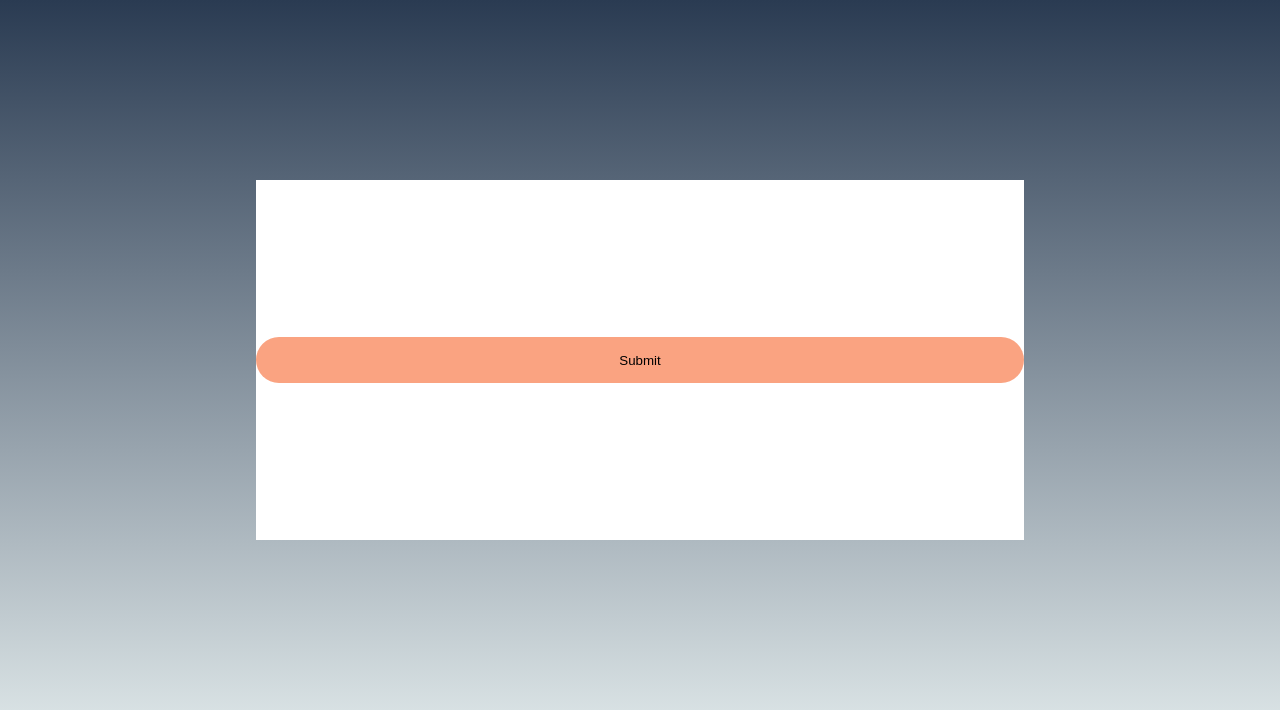
Repository: fatimash2123/todoApp
Page: /
These files come from the project's save history. The page is drawn as it stood at one moment and after the next save; the edit follows.
The browser window is 1280 px wide. The pictures show the whole page.
The project was rebuilt for these pictures with package versions that can differ from the ones it lists, and the page was loaded fresh each time.

Above is the page before, as saved 2024-02-12 16:43:51.

### src/App.tsx
import Register from "./pages/Register/Register";

function App() {
  return (
    <Register/>
  );
}

export default App;

### src/pages/Register/Register.tsx
import FormicContainer from "../../components/FormicContainer/FormicContainer"
import styles from "./Register.module.css"
function Register(){
    return(
        <div className={styles.registerContainer}>
        <FormicContainer></FormicContainer>
        </div>
    )

}

export default Register

### src/components/FormicContainer/FormicContainer.tsx
import { Formik, Form } from "formik";
import * as Yup from "yup";
import Button from "../Button/Button";
import styles from "./FormicContainer.module.css"
interface FormikState {
  name: string;
  email: string;
  password: string;
  confirmPassword: string;
}

function FormicContainer() {
  const initialValues: FormikState = {
    name: "",
    email: "",
    password: "",
    confirmPassword: "",
  };
  const validationSchema = Yup.object({});
  const onSubmit = (values: FormikState) => {
    console.log("Form data", values);
  };
  return (
    <Formik className={styles.formikContainer}
      initialValues={initialValues}
      validationSchema={validationSchema}
      onSubmit={onSubmit}
    >
      {(formik) => (
        <Form className={styles.formMain}>
          <Button type="submit" label="Submit"/>
        </Form>
      )}
    </Formik>
  );
}

export default FormicContainer;

### src/pages/Register/Register.module.css
.registerContainer {
  width: 100%;
  display: flex;
  justify-content: center;
  align-items: center;
  height: 100vh;
  background-image: linear-gradient(#2a3b52, #dae3e5);
}

### src/components/Button/Button.tsx
import styles from "./Button.module.css"
interface ButtonProps{
    readonly label:string,
    readonly type:"submit"
}
function Button({label,type}:ButtonProps){
    return(
        <button className={styles.button} type={type}>{label}</button>
    )
}
export default Button

### src/components/FormicContainer/FormicContainer.module.css
.formMain{
    display: flex;
    flex-direction: column;
    width: 60%;
    height: 50%;
    justify-content: center;
    align-items: center;
    background-color: white;
}

### src/components/Button/Button.module.css
.button{
    background-color: #FAA381;
    width:100%;
    border:none;
    padding:2%;
    border-radius: 50px;

}

Loaded but not shown: public/index.html (common file); src/index.tsx (common file); src/index.css (common file); src/reportWebVitals.ts (common file)

After the next save:
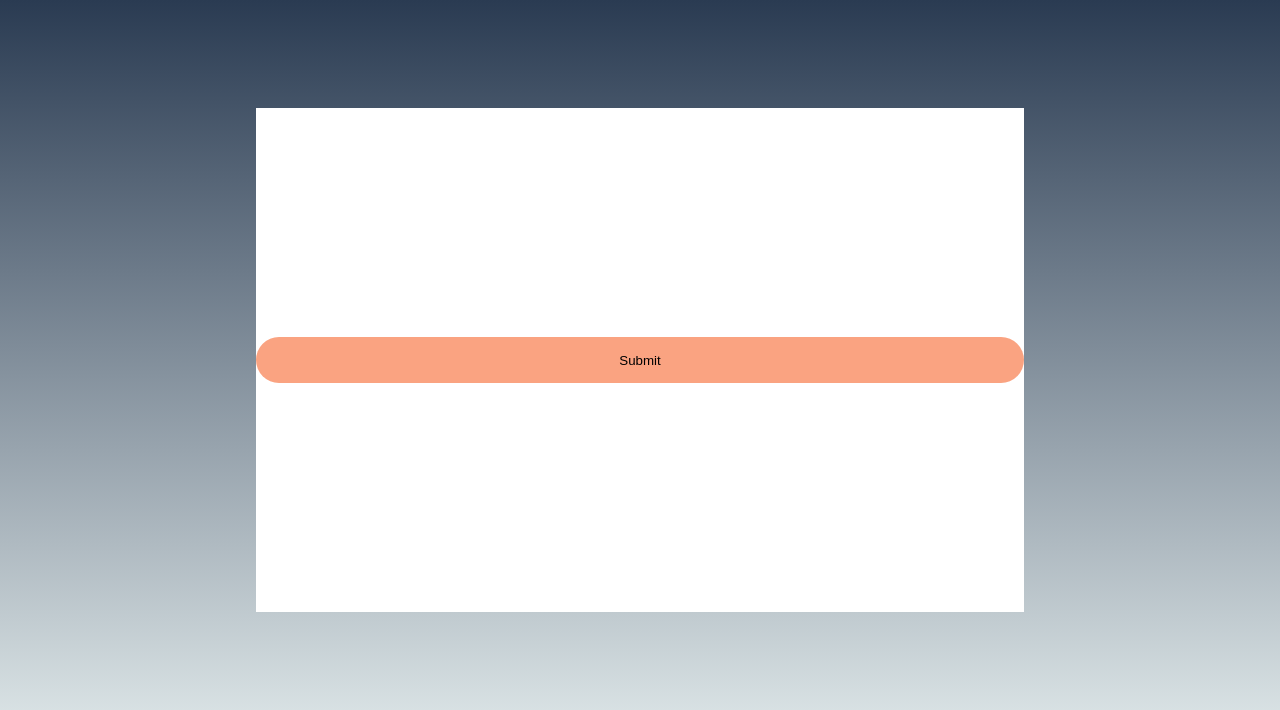
Saved 44 s later.
--- a/src/components/FormicContainer/FormicContainer.module.css
+++ b/src/components/FormicContainer/FormicContainer.module.css
@@ -2,7 +2,7 @@
     display: flex;
     flex-direction: column;
     width: 60%;
-    height: 50%;
+    height: 70%;
     justify-content: center;
     align-items: center;
     background-color: white;
